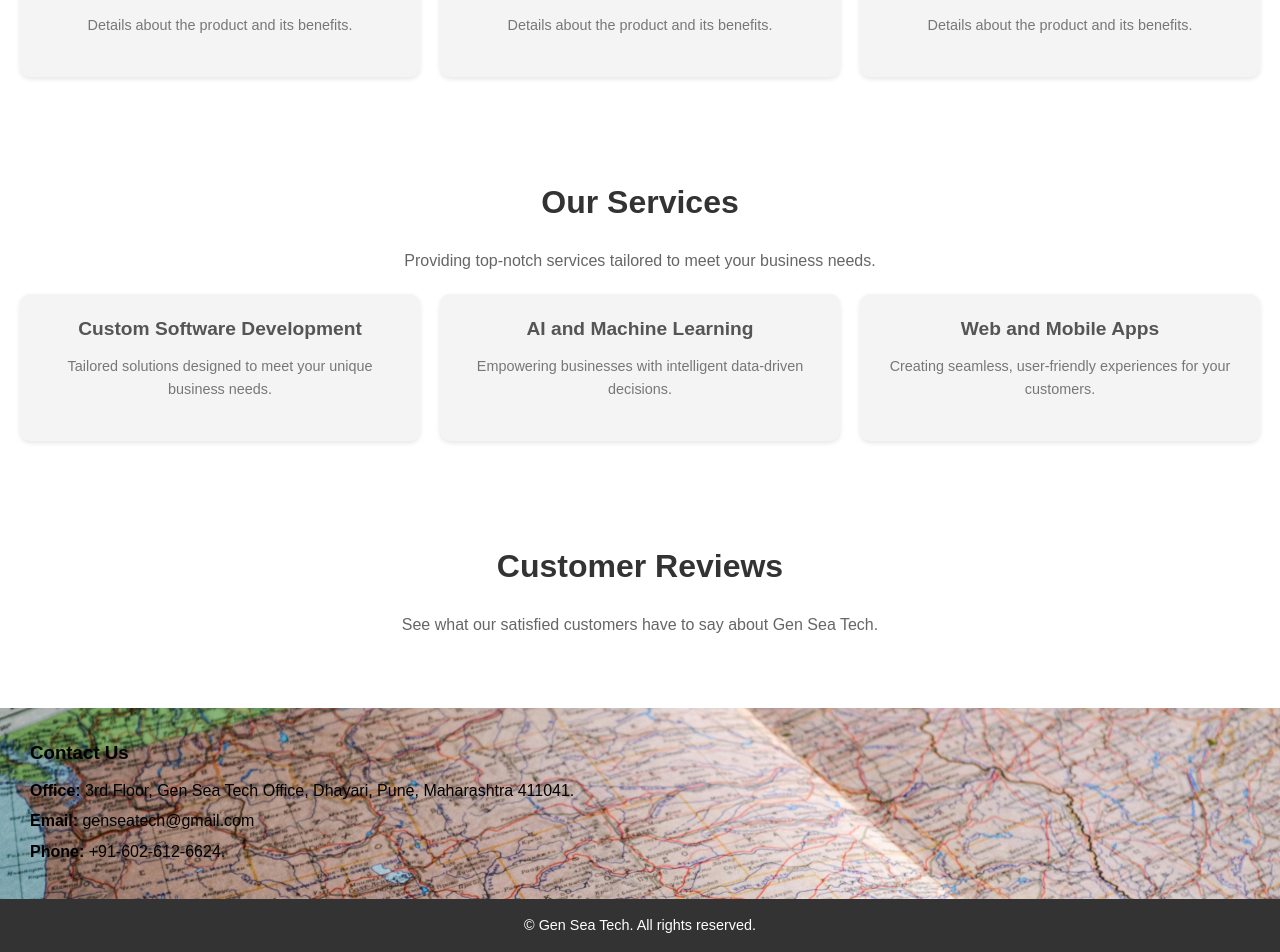
Repository: aniketkhatawkar/Gen_Sea_Tech
Page: http://localhost/GenSeaTech/
The author's editor kept a copy of each file at every save. The page is drawn from the files as they stood at one save, then again after the next save.
The browser window is 1280 px wide. The pictures show the part of the page from y = 1418 to 2370 px (the page is 2370 px tall).
The page is served by Tomcat 10. Other server files are loaded and not shown.

Above is the page before, as saved 2024-12-16 08:10:24.

### GenSeaTech/src/main/webapp/home.jsp
<!DOCTYPE html>
<html>
<head>
<meta charset="UTF-8">
<meta name="viewport" content="width=device-width, initial-scale=1.0">
<title>Gen Sea Tech</title>
<link rel="icon" href="assets/logo.png" type="image/png" >

<style>
	* {
		margin: 0;
		padding: 0;
		box-sizing: border-box;
		font-family: Arial, sans-serif;
	}

	body {
		line-height: 1.6;
	}

	header p {
        font-size: 1.2rem;
        margin-bottom: 20px;
    }

	.hero {
		height: 90vh;
		background: url('assets/hero-bg.jpg') no-repeat center center/cover;
		color: white;
		display: flex;
		align-items: center;
		justify-content: center;
		text-align: center;
		padding: 20px;
	}

	.hero h1 {
		font-size: 3rem;
	}

	.hero p {
		margin-top: 10px;
		font-size: 1.2rem;
	}

	.section {
		padding: 50px 20px;
		text-align: center;
	}

	.section h2 {
		font-size: 2rem;
		margin-bottom: 20px;
		color: #333;
	}

	.section p {
		margin-bottom: 20px;
		font-size: 1rem;
		color: #666;
	}

	.cards {
		display: grid;
		grid-template-columns: repeat(auto-fit, minmax(300px, 1fr));
		gap: 20px;
		margin-top: 20px;
	}

	.card {
		background: #f4f4f4;
		padding: 20px;
		border-radius: 10px;
		box-shadow: 0 2px 5px rgba(0, 0, 0, 0.1);
	}

	.card h3 {
		margin-bottom: 10px;
		font-size: 1.2rem;
		color: #555;
	}

	.card p {
		font-size: 0.9rem;
		color: #777;
	}

	.contact {
		background: #00bcd4;
		color: #fff;
		padding: 50px 20px;
	}

	.contact h2 {
		margin-bottom: 20px;
	}

	.contact form {
		max-width: 600px;
		margin: 0 auto;
	}

	.contact input, .contact textarea {
		width: 100%;
		padding: 10px;
		margin-bottom: 10px;
		border: none;
		border-radius: 5px;
	}

	.contact button {
		padding: 10px 20px;
		border: none;
		background: #008c9e;
		color: white;
		cursor: pointer;
		border-radius: 5px;
	}

	.contact button:hover {
		background: #006b76;
	}

	.address {
		background:  url("assets/contactus.jpg") no-repeat center center;
	    background-size: cover;
	    object-fit: cover;
		padding: 30px;
		color: #000000;
	}

	.address h3 {
		margin-bottom: 10px;
	}

	.address p {
		margin-bottom: 5px;
	}
</style>
</head>
<body>
	<!-- NavBar -->
	<%@ include file="navbar.jsp" %>

	<!-- Hero Section -->
	<div class="hero">
		<div>
			<h1>Welcome to Gen Sea Tech</h1>
			<p>Innovating for a better tomorrow</p>
		</div>
	</div>

	<!-- Who We Are Section -->
	<div class="section" id="about">
		<h2>Who We Are</h2>
		<p>Gen Sea Tech is a forward-thinking company dedicated to creating cutting-edge technology solutions that simplify and enhance day-to-day life.</p>
	</div>

	<!-- Mission & Vision Section -->
	<div class="section" id="mission-vision">
		<h2>Our Mission & Vision</h2>
		<p><strong>Mission:</strong> To deliver innovative, scalable, and sustainable tech solutions tailored to our clients' needs.</p>
		<p><strong>Vision:</strong> To be a global leader in technology, inspiring progress and driving change through our solutions.</p>
	</div>

	<!-- Products Section -->
	<div class="section" id="products">
		<h2>Our Products</h2>
		<p>Explore our range of innovative products designed to improve efficiency and productivity.</p>
		<div class="cards">
			<div class="card">
				<h3>Product 1</h3>
				<p>Details about the product and its benefits.</p>
			</div>
			<div class="card">
				<h3>Product 2</h3>
				<p>Details about the product and its benefits.</p>
			</div>
			<div class="card">
				<h3>Product 3</h3>
				<p>Details about the product and its benefits.</p>
			</div>
		</div>
	</div>

	<!-- Services Section -->
	<div class="section" id="services">
		<h2>Our Services</h2>
		<p>Providing top-notch services tailored to meet your business needs.</p>
		<div class="cards">
			<div class="card">
				<h3>Custom Software Development</h3>
				<p>Tailored solutions designed to meet your unique business needs.</p>
			</div>
			<div class="card">
				<h3>AI and Machine Learning</h3>
				<p>Empowering businesses with intelligent data-driven decisions.</p>
			</div>
			<div class="card">
				<h3>Web and Mobile Apps</h3>
				<p>Creating seamless, user-friendly experiences for your customers.</p>
			</div>
		</div>
	</div>

	<!-- Testimonials Section -->
	<div class="section" id="testimonials">
		<h2>Customer Reviews</h2>
		<p>See what our satisfied customers have to say about Gen Sea Tech.</p>
	</div>

	<!-- Address Section -->
	<div class="address" id="contact">
		<h3>Contact Us</h3>
		<p><strong>Office:</strong> 3rd Floor, Gen Sea Tech Office, Dhayari, Pune, Maharashtra 411041.</p>
		<p><strong>Email:</strong> genseatech@gmail.com</p>
		<p><strong>Phone:</strong> +91-602-612-6624.</p>
	</div>

	<!-- Footer -->
	<%@ include file="footer.jsp" %>
</body>
</html>

### GenSeaTech/src/main/webapp/navbar.jsp
<%@ page language="java" contentType="text/html; charset=UTF-8"
    pageEncoding="UTF-8"%>
<!DOCTYPE html>
<html>
<head>
<meta charset="UTF-8">
<title>Gen Sea Tech</title>
<link rel="icon" href="assets/logo.png" type="image/png" >
<style>
* {
	margin: 0;
	padding: 0;
	box-sizing: border-box;
	font-family: Arial, sans-serif;
}

body {
	line-height: 1.6;
}
.navbar {
	background-color: #ffffff;
	color: #fff;
	padding: 5px 5px;
	display: flex;
	justify-content: space-between;
	align-items: center;
	position: relative;
}

.navbar a {
	color: #40c4ff;
	text-decoration: none;
	margin: 0 20px;
	font-weight: bold;
}

.navbar a:hover {
	color: #757575;
}

.links {
	display: flex;
}
@media (max-width: 768px) {
	.links {
		display: none;
		flex-direction: column;
		background-color: #333;
		position: absolute;
		top: 50px;
		right: 10px;
		width: 200px;
		border-radius: 5px;
		box-shadow: 0px 4px 6px rgba(0, 0, 0, 0.1);
	}

	.links a {
		margin: 10px 0;
		text-align: center;
	}

	.hamburger {
		display: flex;
	}

	.links.active {
		display: flex;
	}
}
</style>
</head>
<body>
	<div class="navbar">
		<div class="logo">
        <a href="home.jsp"><img src="assets/namelogo.png" alt="Gen Sea Tech Logo" style="height: 60px; margin-right: 10px;"></a>
    	</div>
		<div class="links">
			<a href="home.jsp">Home</a>
			<a href="services.jsp">Services</a>
			<a href="products.jsp">Products</a>
			<a href="connectus.jsp">Connect Us</a>
			<a href="about.jsp">About</a>
			<a href="#support.jsp">Support</a>
		</div>
	</div>
</body>
</html>

### GenSeaTech/src/main/webapp/footer.jsp
<%@ page language="java" contentType="text/html; charset=UTF-8"
    pageEncoding="UTF-8"%>
<!DOCTYPE html>
<html>

<head>

<style>
	footer {
        background-color: #333;
        color: white;
        text-align: center;
        padding: 15px;
        margin-top: 0px;
    }

    footer p {
        font-size: 0.9rem;
    }
</style>

	<meta charset="UTF-8">
	<title>Footer</title>
</head>

<body>
	<footer>
        <p>&copy; Gen Sea Tech. All rights reserved.</p>
    </footer>
</body>

</html>

After the next save:
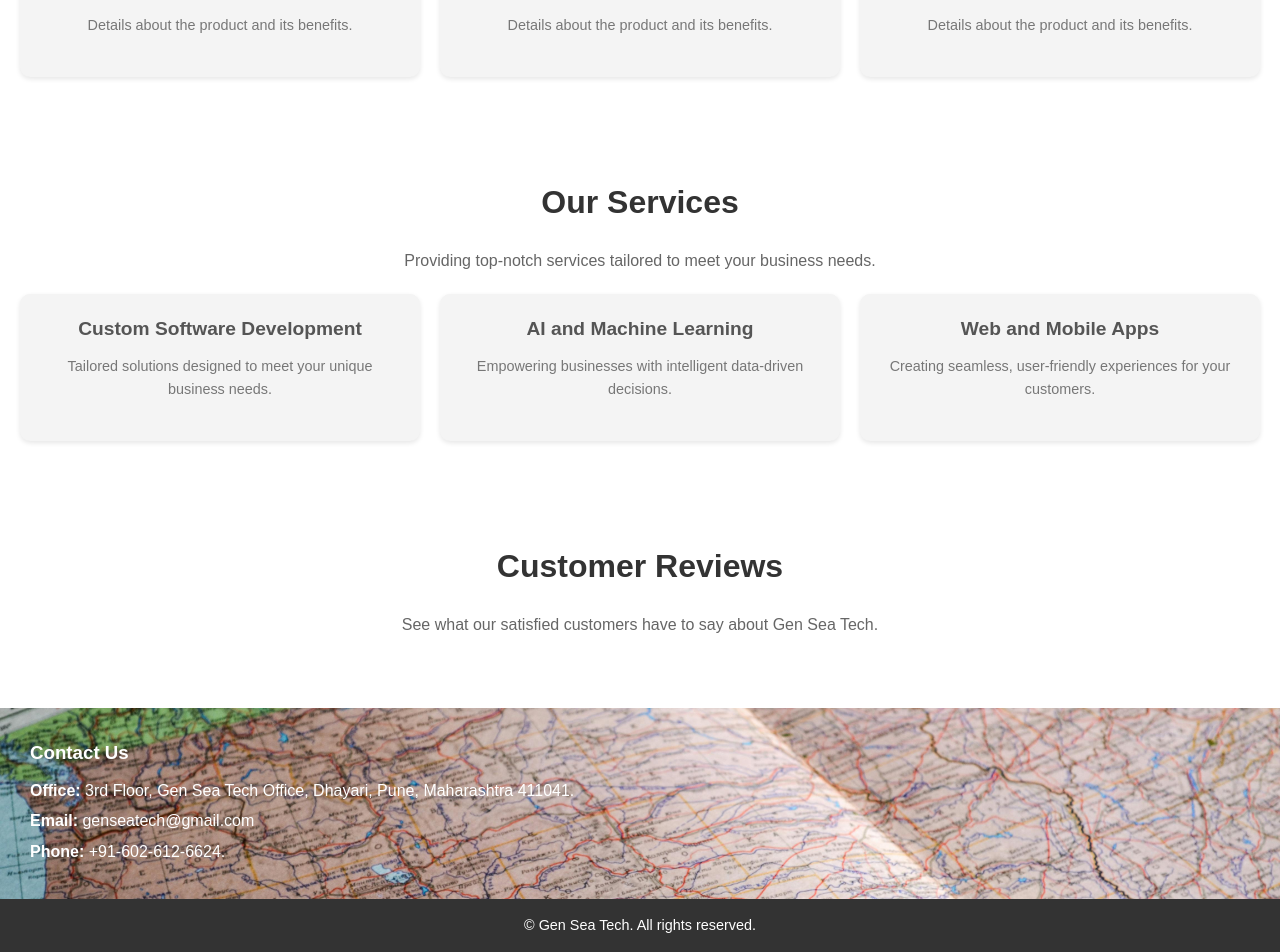
Saved 6 s later.
--- a/GenSeaTech/src/main/webapp/home.jsp
+++ b/GenSeaTech/src/main/webapp/home.jsp
@@ -126,7 +126,7 @@
 	    background-size: cover;
 	    object-fit: cover;
 		padding: 30px;
-		color: #000000;
+		color: #ffffff;
 	}
 
 	.address h3 {
